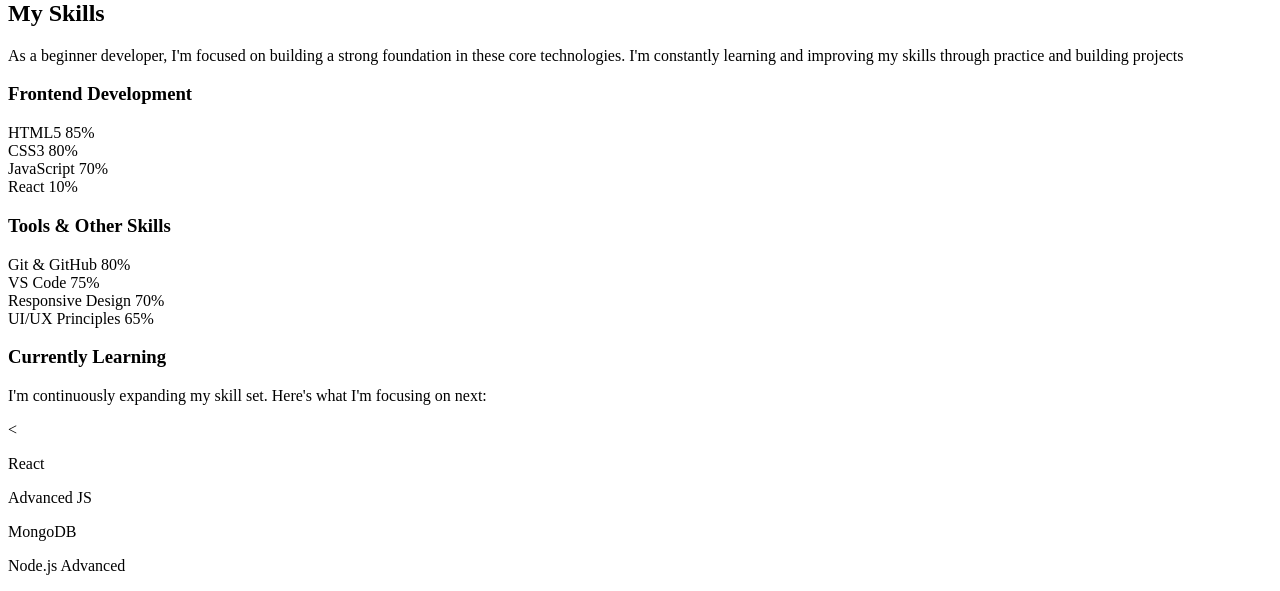
Repository: andajonas/ANDJON25111_fto2505_A_Anda-Jonas_CDV05
Page: index.html
These files come from the project's save history. The page is drawn as it stood at one moment and after the next save; the edit follows.
The browser window is 1280 px wide. The pictures show the part of the page from y = 557 to 1148 px (the page is 1148 px tall before and 1114 px after).
A picture or video elsewhere on the page could not be fetched, so the positions and the page height are approximate.

Above is the page before, as saved 2025-09-19 17:15:10.

After the next save:
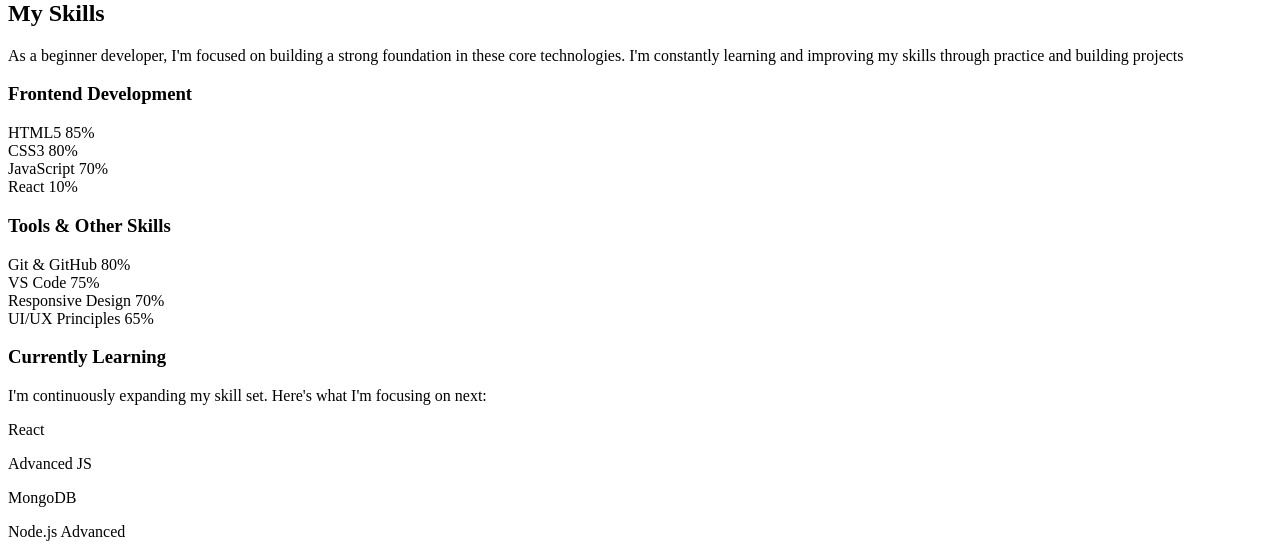
Saved 8 s later.
--- a/index.html
+++ b/index.html
@@ -131,7 +131,7 @@
                          <div class="learning-path">
                             <h3>Currently Learning</h3>
                             <p>I'm continuously expanding my skill set. Here's what I'm focusing on next:</p>
-                            <<div class="path-items">
+                            <div class="path-items">
                                 <div class="path-item">
                                     <i class="fab fa-react"></i>
                                     <p>React</p>
